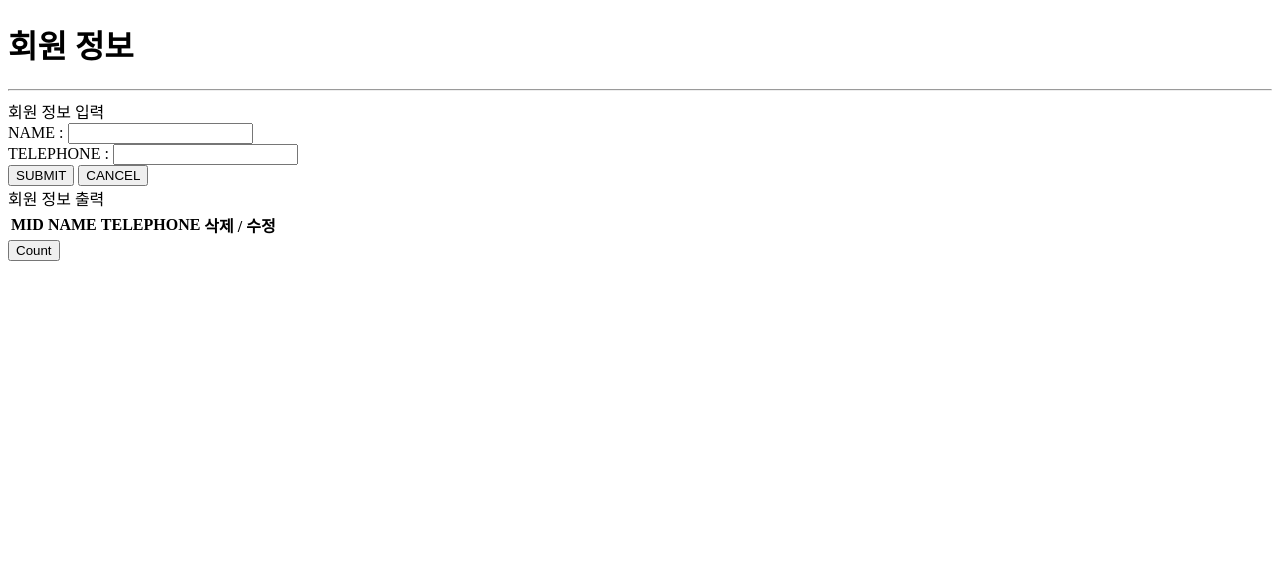
Repository: yhj4130/SpringMVCStudy
Page: http://localhost/mybatisWork02/WEB-INF/views/MemberList.jsp
An editor plug-in stored every save of this project. The page is shown before and after the next save, followed by the edit.
The browser window is 1280 px wide. The pictures show the whole page.
The page is served by Tomcat 9. Nobody is signed in. The template is opened directly, without the code that normally fills it, so the values that code supplies are empty.

Above is the page before, as saved 2019-06-26 05:29:08.

After the next save:
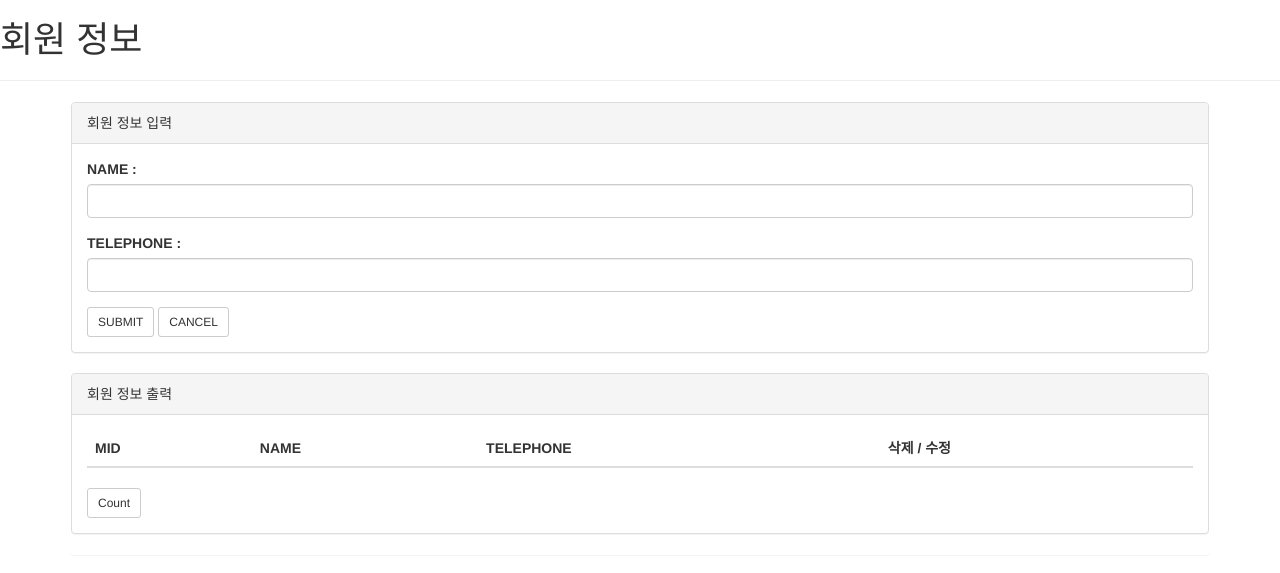
Saved 47 s later.
--- a/mybatisWork02/WebContent/WEB-INF/views/MemberList.jsp
+++ b/mybatisWork02/WebContent/WEB-INF/views/MemberList.jsp
@@ -10,6 +10,7 @@
 <meta charset="UTF-8">
 <meta name="viewport" content="width=device-width, initial-scale=1">
 <title>MemberList.jsp</title>
+<link rel="stylesheet" href="https://maxcdn.bootstrapcdn.com/bootstrap/3.3.2/css/bootstrap.min.css">
 </head>
 <body>
 
